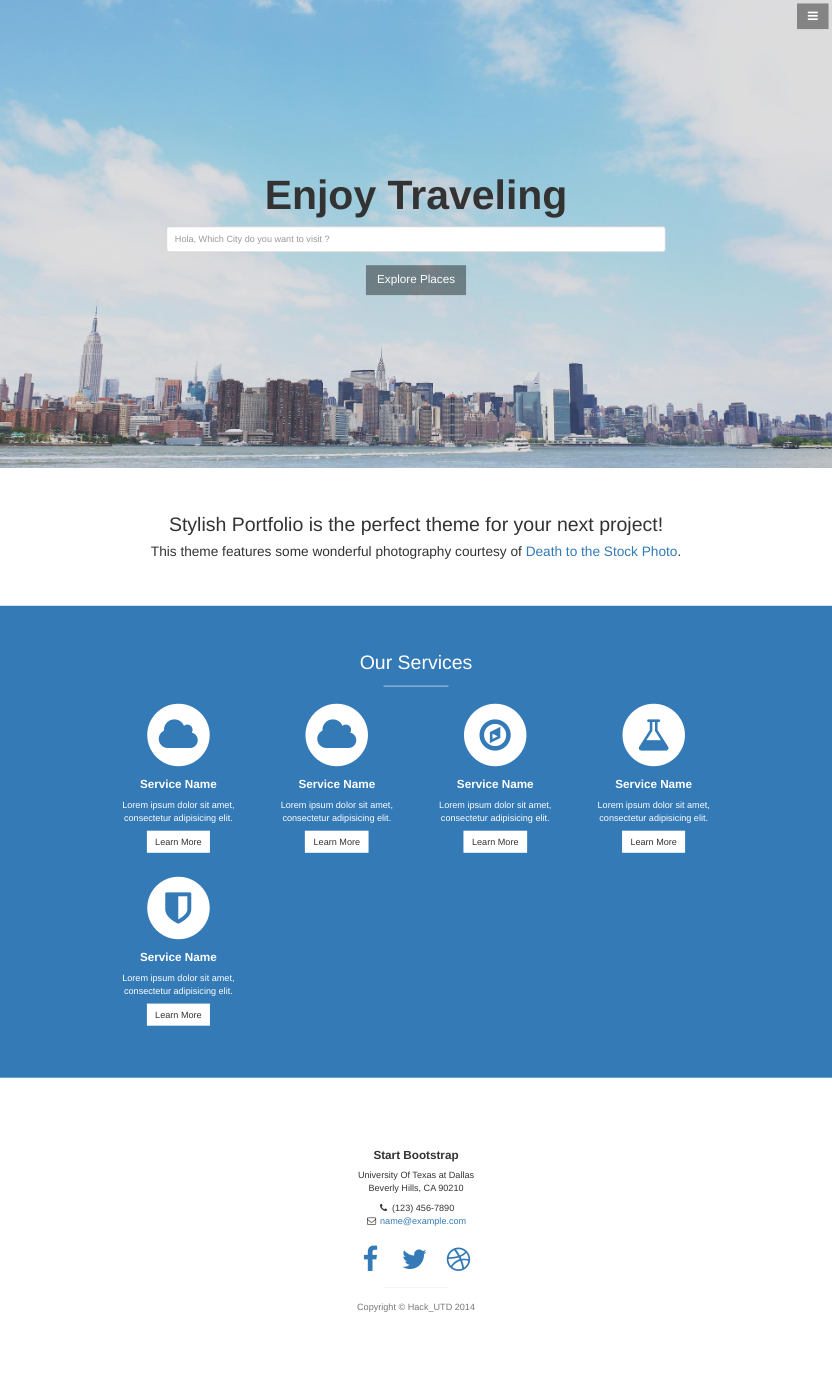
Repository: thomasronk/UTD_Hack
Page: http://localhost/route/Search
An editor plug-in stored every save of this project. The page is shown before and after the next save, followed by the edit.
The browser window is 1280 px wide. The pictures show the whole page, at 65% of full size.
Some web fonts or font styles are not loaded; a fallback is used. The page is served by Tomcat 9. Other server files are loaded and not shown.

Above is the page before, as saved 2015-01-18 09:12:20.

### UTDHackWorkSpace/route/WebContent/WEB-INF/main.jsp

<%@taglib prefix="c" uri="http://java.sun.com/jsp/jstl/core" %>
<html lang="en">

<head>

    <meta charset="utf-8">
    <meta http-equiv="X-UA-Compatible" content="IE=edge">
    <meta name="viewport" content="width=device-width, initial-scale=1">
    <meta name="description" content="">
    <meta name="author" content="">

    <title>Stylish Portfolio - Start Bootstrap Theme</title>

    <!-- Bootstrap Core CSS -->
    <!--<link href="css/bootstrap.min.css" rel="stylesheet">-->
	<link  rel="stylesheet" href="<c:url value="css/bootstrap.min.css" />" />
    <!-- Custom CSS -->
    <link href="css/stylish-portfolio.css" rel="stylesheet">

    <!-- Custom Fonts -->
    <link href="font-awesome/css/font-awesome.min.css" rel="stylesheet" type="text/css">
    <link href="http://fonts.googleapis.com/css?family=Source+Sans+Pro:300,400,700,300italic,400italic,700italic" rel="stylesheet" type="text/css">

    <!-- HTML5 Shim and Respond.js IE8 support of HTML5 elements and media queries -->
    <!-- WARNING: Respond.js doesn't work if you view the page via file:// -->
    <!--[if lt IE 9]>
        <script src="https://oss.maxcdn.com/libs/html5shiv/3.7.0/html5shiv.js"></script>
        <script src="https://oss.maxcdn.com/libs/respond.js/1.4.2/respond.min.js"></script>
    <![endif]-->

</head>

<body>

    <!-- Navigation -->
    <a id="menu-toggle" href="#" class="btn btn-dark btn-lg toggle"><i class="fa fa-bars"></i></a>
    <nav id="sidebar-wrapper">
        <ul class="sidebar-nav">
            <a id="menu-close" href="#" class="btn btn-light btn-lg pull-right toggle"><i class="fa fa-times"></i></a>
            <li class="sidebar-brand">
                <a href="#top">Start </a>
            </li>
            <li>
                <a href="#top">Home</a>
            </li>
            <li>
                <a href="#about">About</a>
            </li>
            <li>
                <a href="#services">Services</a>
            </li>
            <li>
                <a href="#portfolio">Portfolio</a>
            </li>
            <li>
                <a href="#contact">Contact</a>
            </li>
        </ul>
    </nav>

    <!-- Header -->
    <header id="top" class="header">
        <div class="text-vertical-center">
            <h1>Enjoy Traveling</h1>
            <!--  <h3>Free Bootstrap Themes &amp; Templates</h3>-->
            <input type="text" class="form-control" id="placeTextField" style="margin-left:20%;margin-top:1%;height:40px;width:60%;"placeholder="Hola, Which City do you want to visit ?"
                   name="place">

            <br>
            <a href="#about" class="btn btn-dark btn-lg">Explore Places</a>
        </div>
    </header>

    <!-- About -->
    <section id="about" class="about">
        <div class="container">
            <div class="row">
                <div class="col-lg-12 text-center">
                    <h2>Stylish Portfolio is the perfect theme for your next project!</h2>
                    <p class="lead">This theme features some wonderful photography courtesy of <a target="_blank" href="http://join.deathtothestockphoto.com/">Death to the Stock Photo</a>.</p>
                </div>
            </div>
            <!-- /.row -->
        </div>
        <!-- /.container -->
    </section>

    <section id="services" class="services bg-primary">
        <div class="container">
            <div class="row text-center">
                <div class="col-lg-10 col-lg-offset-1">
                    <h2>Our Services</h2>
                    <hr class="small">
                    <div class="row">
                        <div class="col-md-3 col-sm-6">
                            <div class="service-item">
                                <span class="fa-stack fa-4x">
                                <i class="fa fa-circle fa-stack-2x"></i>
                                <i class="fa fa-cloud fa-stack-1x text-primary"></i>
                            </span>
                                <h4>
                                    <strong>Service Name</strong>
                                </h4>
                                <p>Lorem ipsum dolor sit amet, consectetur adipisicing elit.</p>
                                <a href="#" class="btn btn-light">Learn More</a>
                            </div>
                        </div>

                        <div class="col-md-3 col-sm-6">
                            <div class="service-item">
                                <span class="fa-stack fa-4x">
                                <i class="fa fa-circle fa-stack-2x"></i>
                                <i class="fa fa-cloud fa-stack-1x text-primary"></i>
                            </span>
                                <h4>
                                    <strong>Service Name</strong>
                                </h4>
                                <p>Lorem ipsum dolor sit amet, consectetur adipisicing elit.</p>
                                <a href="#" class="btn btn-light">Learn More</a>
                            </div>
                        </div>
                        <div class="col-md-3 col-sm-6">
                            <div class="service-item">
                                <span class="fa-stack fa-4x">
                                <i class="fa fa-circle fa-stack-2x"></i>
                                <i class="fa fa-compass fa-stack-1x text-primary"></i>
                            </span>
                                <h4>
                                    <strong>Service Name</strong>
                                </h4>
                                <p>Lorem ipsum dolor sit amet, consectetur adipisicing elit.</p>
                                <a href="#" class="btn btn-light">Learn More</a>
                            </div>
                        </div>
                        <div class="col-md-3 col-sm-6">
                            <div class="service-item">
                                <span class="fa-stack fa-4x">
                                <i class="fa fa-circle fa-stack-2x"></i>
                                <i class="fa fa-flask fa-stack-1x text-primary"></i>
                            </span>
                                <h4>
                                    <strong>Service Name</strong>
                                </h4>
                                <p>Lorem ipsum dolor sit amet, consectetur adipisicing elit.</p>
                                <a href="#" class="btn btn-light">Learn More</a>
                            </div>
                        </div>
                        <div class="col-md-3 col-sm-6">
                            <div class="service-item">
                                <span class="fa-stack fa-4x">
                                <i class="fa fa-circle fa-stack-2x"></i>
                                <i class="fa fa-shield fa-stack-1x text-primary"></i>
                            </span>
                                <h4>
                                    <strong>Service Name</strong>
                                </h4>
                                <p>Lorem ipsum dolor sit amet, consectetur adipisicing elit.</p>
                                <a href="#" class="btn btn-light">Learn More</a>
                            </div>
                        </div>
                    </div>
                    <!-- /.row (nested) -->
                </div>
                <!-- /.col-lg-10 -->
            </div>
            <!-- /.row -->
        </div>
        <!-- /.container -->
    </section>



	<footer>
        <div class="container">
            <div class="row">
                <div class="col-lg-10 col-lg-offset-1 text-center">
                    <h4><strong>Start Bootstrap</strong>
                    </h4>
                    <p>University Of Texas at Dallas<br>Beverly Hills, CA 90210</p>
                    <ul class="list-unstyled">
                        <li><i class="fa fa-phone fa-fw"></i> (123) 456-7890</li>
                        <li><i class="fa fa-envelope-o fa-fw"></i>  <a href="mailto:name@example.com">name@example.com</a>
                        </li>
                    </ul>
                    <br>
                    <ul class="list-inline">
                        <li>
                            <a href="#"><i class="fa fa-facebook fa-fw fa-3x"></i></a>
                        </li>
                        <li>
                            <a href="#"><i class="fa fa-twitter fa-fw fa-3x"></i></a>
                        </li>
                        <li>
                            <a href="#"><i class="fa fa-dribbble fa-fw fa-3x"></i></a>
                        </li>
                    </ul>
                    <hr class="small">
                    <p class="text-muted">Copyright &copy; Hack_UTD 2014</p>
                </div>
            </div>
        </div>
    </footer>

    <!-- jQuery -->
    <script src="js/jquery.js"></script>

    <!-- Bootstrap Core JavaScript -->
    <script src="js/bootstrap.min.js"></script>

    <!-- Custom Theme JavaScript -->
    <script>
    // Closes the sidebar menu
    $("#menu-close").click(function(e) {
        e.preventDefault();
        $("#sidebar-wrapper").toggleClass("active");
    });

    // Opens the sidebar menu
    $("#menu-toggle").click(function(e) {
        e.preventDefault();
        $("#sidebar-wrapper").toggleClass("active");
    });

    // Scrolls to the selected menu item on the page
    $(function() {
    	var images = ["bg0.jpg", "bg1.jpg"];
    	var cnt = 0;
    	setInterval(function () {
    		console.log("hi");
    	    cnt == images.length-1 ? cnt = 0 : ++cnt;
    	    var url = "url(img/"+images[cnt]+")";
    	    $(".header").css("background-image", "url(" + url + ")");
    	    $(".header").css("background-repeat", "no-repeat");
    	    $(".header").css("background-position", "center center");
    	    $(".header").css("background-attachment", "scroll");
    	    //$(".header").css("background", background);
    	}, 3000);

        $('a[href*=#]:not([href=#])').click(function() {
            if (location.pathname.replace(/^\//, '') == this.pathname.replace(/^\//, '') || location.hostname == this.hostname) {

                var target = $(this.hash);
                target = target.length ? target : $('[name=' + this.hash.slice(1) + ']');
                if (target.length) {
                    $('html,body').animate({
                        scrollTop: target.offset().top
                    }, 1000);
                    return false;
                }
            }
        });
    });
    </script>

</body>

</html>

### UTDHackWorkSpace/route/src/com/src/utdhack/Search.java
package com.src.utdhack;

import java.io.IOException;
import javax.servlet.ServletException;
import javax.servlet.annotation.WebServlet;
import javax.servlet.http.HttpServlet;
import javax.servlet.http.HttpServletRequest;
import javax.servlet.http.HttpServletResponse;

/**
 * Servlet implementation class Search
 */
@WebServlet("/Search")
public class Search extends HttpServlet {
	private static final long serialVersionUID = 1L;

    /**
     * @see HttpServlet#HttpServlet()
     */
    public Search() {
        super();
        // TODO Auto-generated constructor stub
    }

	/**
	 * @see HttpServlet#doGet(HttpServletRequest request, HttpServletResponse response)
	 */
	protected void doGet(HttpServletRequest request, HttpServletResponse response) throws ServletException, IOException {
		// TODO Auto-generated method stub
		System.out.println("I am in Search Page");
		//response.getWriter().println("Hello Friend!!!");
		request.getRequestDispatcher("/WEB-INF/main.jsp").forward(request, response);
	}

	/**
	 * @see HttpServlet#doPost(HttpServletRequest request, HttpServletResponse response)
	 */
	protected void doPost(HttpServletRequest request, HttpServletResponse response) throws ServletException, IOException {
		// TODO Auto-generated method stub
	}

}

### UTDHackWorkSpace/route/WebContent/css/stylish-portfolio.css
/*!
 * Start Bootstrap - Stylish Portfolio Bootstrap Theme (http://startbootstrap.com)
 * Code licensed under the Apache License v2.0.
 * For details, see http://www.apache.org/licenses/LICENSE-2.0.
 */

/* Global Styles */

html,
body {
    width: 100%;
    height: 100%;
}

body {
    font-family: "Source Sans Pro","Helvetica Neue",Helvetica,Arial,sans-serif;
}

.text-vertical-center {
    display: table-cell;
    text-align: center;
    vertical-align: middle;
}

.text-vertical-center h1 {
    margin: 0;
    padding: 0;
    font-size: 4.5em;
    font-weight: 700;
}

/* Custom Button Styles */

.btn-dark {
    border-radius: 0;
    color: #fff;
    background-color: rgba(0,0,0,0.4);
}

.btn-dark:hover,
.btn-dark:focus,
.btn-dark:active {
    color: #fff;
    background-color: rgba(0,0,0,0.7);
}

.btn-light {
    border-radius: 0;
    color: #333;
    background-color: rgb(255,255,255);
}

.btn-light:hover,
.btn-light:focus,
.btn-light:active {
    color: #333;
    background-color: rgba(255,255,255,0.8);
}

/* Custom Horizontal Rule */

hr.small {
    max-width: 100px;
}

/* Side Menu */

#sidebar-wrapper {
    z-index: 1000;
    position: fixed;
    right: 0;
    width: 250px;
    height: 100%;
    margin-right: -250px;
    overflow-y: auto;
    background: #222;
    -webkit-transition: all 0.4s ease 0s;
    -moz-transition: all 0.4s ease 0s;
    -ms-transition: all 0.4s ease 0s;
    -o-transition: all 0.4s ease 0s;
    transition: all 0.4s ease 0s;
}

.sidebar-nav {
    position: absolute;
    top: 0;
    width: 250px;
    margin: 0;
    padding: 0;
    list-style: none;
}

.sidebar-nav li {
    text-indent: 20px;
    line-height: 40px;
}

.sidebar-nav li a {
    display: block;
    text-decoration: none;
    color: #999;
}

.sidebar-nav li a:hover {
    text-decoration: none;
    color: #fff;
    background: rgba(255,255,255,0.2);
}

.sidebar-nav li a:active,
.sidebar-nav li a:focus {
    text-decoration: none;
}

.sidebar-nav > .sidebar-brand {
    height: 55px;
    font-size: 18px;
    line-height: 55px;
}

.sidebar-nav > .sidebar-brand a {
    color: #999;
}

.sidebar-nav > .sidebar-brand a:hover {
    color: #fff;
    background: none;
}

#menu-toggle {
    z-index: 1;
    position: fixed;
    top: 0;
    right: 0;
}

#sidebar-wrapper.active {
    right: 250px;
    width: 250px;
    -webkit-transition: all 0.4s ease 0s;
    -moz-transition: all 0.4s ease 0s;
    -ms-transition: all 0.4s ease 0s;
    -o-transition: all 0.4s ease 0s;
    transition: all 0.4s ease 0s;
}

.toggle {
    margin: 5px 5px 0 0;
}

/* Header */

.header {
    display: table;
    position: relative;
    width: 100%;
    height: 100%;
    background-image: url(../img/bg0.jpg);
    background-repeat: no-repeat;
    background-position:center center;
    background-attachment: scroll;
    -webkit-background-size: cover;
    -moz-background-size: cover;
    background-size: cover;
    -o-background-size: cover;
}

/* About */

.about {
    padding: 50px 0;
}

/* Services */

.services {
    padding: 50px 0;
}

.service-item {
    margin-bottom: 30px;
}

/* Callout */

.callout {
    display: table;
    width: 100%;
    height: 400px;
    color: #fff;
    background: url(../img/callout.jpg) no-repeat center center scroll;
    -webkit-background-size: cover;
    -moz-background-size: cover;
    background-size: cover;
    -o-background-size: cover;
}

/* Portfolio */

.portfolio {
    padding: 50px 0;
}

.portfolio-item {
    margin-bottom: 30px;
}

.img-portfolio {
    margin: 0 auto;
}

.img-portfolio:hover {
    opacity: 0.8;
}

/* Call to Action */

.call-to-action {
    padding: 50px 0;
}

.call-to-action .btn {
    margin: 10px;
}

/* Map */

.map {
    height: 500px;
}

@media(max-width:768px) {
    .map {
        height: 75%;
    }
}

/* Footer */

footer {
    padding: 100px 0;
}

Loaded but not shown: UTDHackWorkSpace/route/WebContent/css/bootstrap.min.css (library); UTDHackWorkSpace/route/WebContent/font-awesome/css/font-awesome.min.css (library); UTDHackWorkSpace/route/WebContent/js/jquery.js (library); UTDHackWorkSpace/route/WebContent/js/bootstrap.min.js (library)

After the next save:
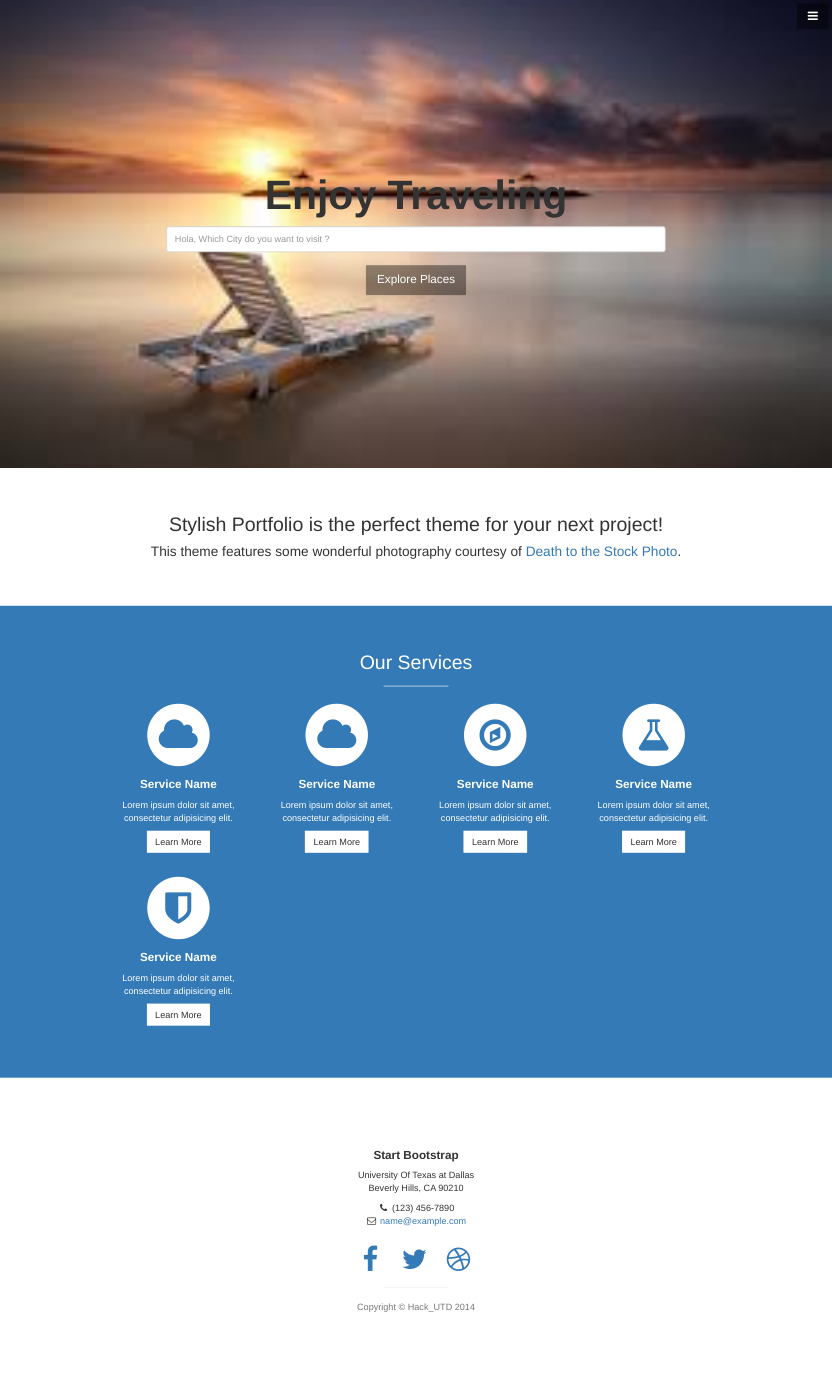
Saved 15 s later.
--- a/UTDHackWorkSpace/route/WebContent/WEB-INF/main.jsp
+++ b/UTDHackWorkSpace/route/WebContent/WEB-INF/main.jsp
@@ -229,7 +229,7 @@
     	setInterval(function () {
     		console.log("hi");
     	    cnt == images.length-1 ? cnt = 0 : ++cnt;
-    	    var url = "url(img/"+images[cnt]+")";
+    	    var url = "img/"+images[cnt];
     	    $(".header").css("background-image", "url(" + url + ")");
     	    $(".header").css("background-repeat", "no-repeat");
     	    $(".header").css("background-position", "center center");

After the save that followed:
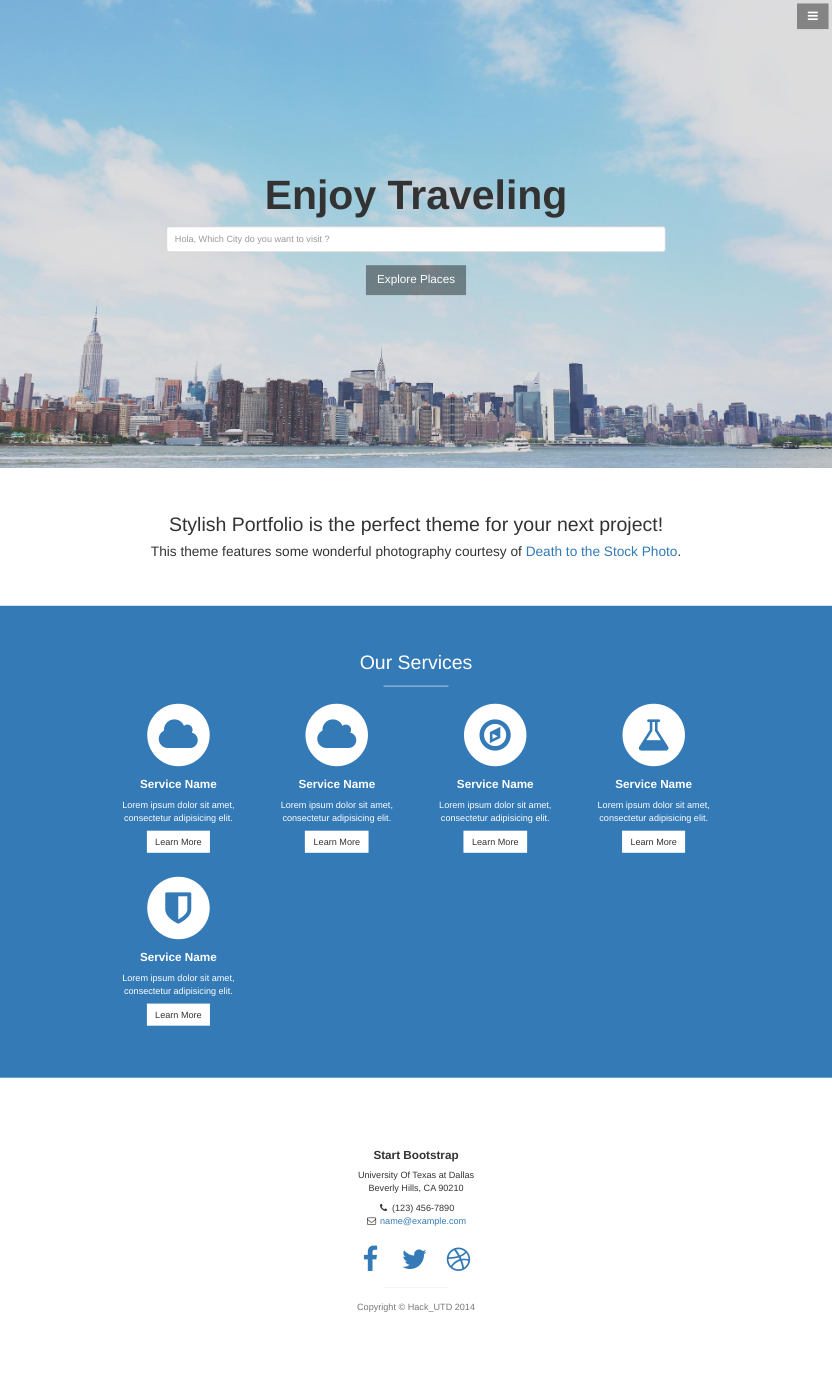
Saved 12 s later.
--- a/UTDHackWorkSpace/route/WebContent/WEB-INF/main.jsp
+++ b/UTDHackWorkSpace/route/WebContent/WEB-INF/main.jsp
@@ -230,10 +230,10 @@
     		console.log("hi");
     	    cnt == images.length-1 ? cnt = 0 : ++cnt;
     	    var url = "img/"+images[cnt];
-    	    $(".header").css("background-image", "url(" + url + ")");
-    	    $(".header").css("background-repeat", "no-repeat");
-    	    $(".header").css("background-position", "center center");
-    	    $(".header").css("background-attachment", "scroll");
+    	    //$(".header").css("background-image", "url(" + url + ")");
+    	    //$(".header").css("background-repeat", "no-repeat");
+    	    //$(".header").css("background-position", "center center");
+    	    //$(".header").css("background-attachment", "scroll");
     	    //$(".header").css("background", background);
     	}, 3000);
 
